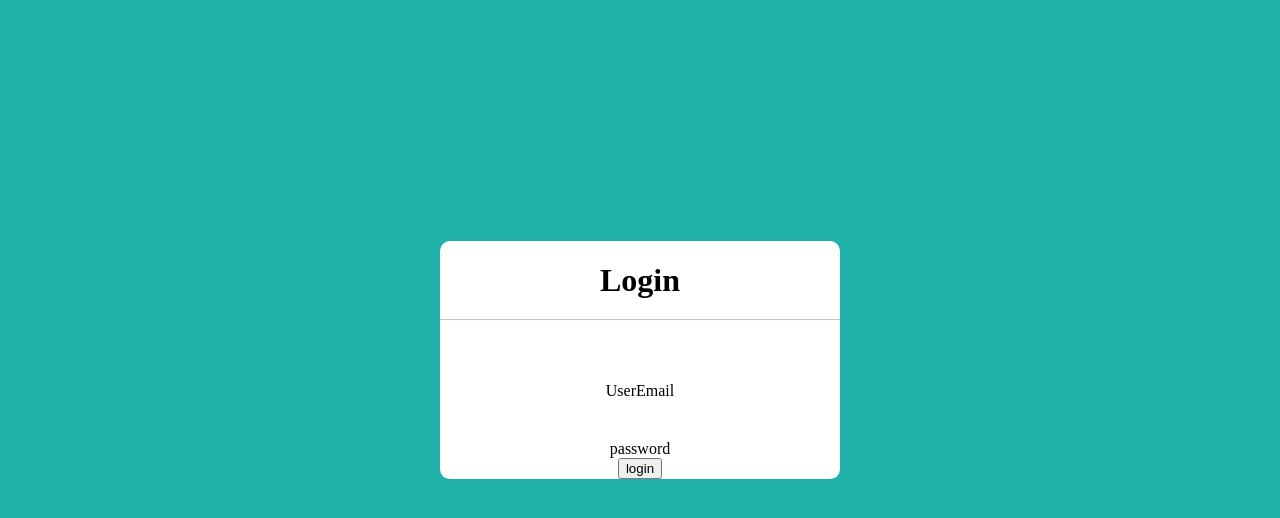
Repository: Aref19/eshop_frontEnd
Page: /
The author's editor kept a copy of each file at every save. The page is drawn from the files as they stood at one save, then again after the next save.
The browser window is 1280 px wide. The pictures show the whole page.
The project was rebuilt for these pictures with package versions that can differ from the ones it lists, and the page was loaded fresh each time.

Above is the page before, as saved 2023-02-24 00:00:21.

After the next save:
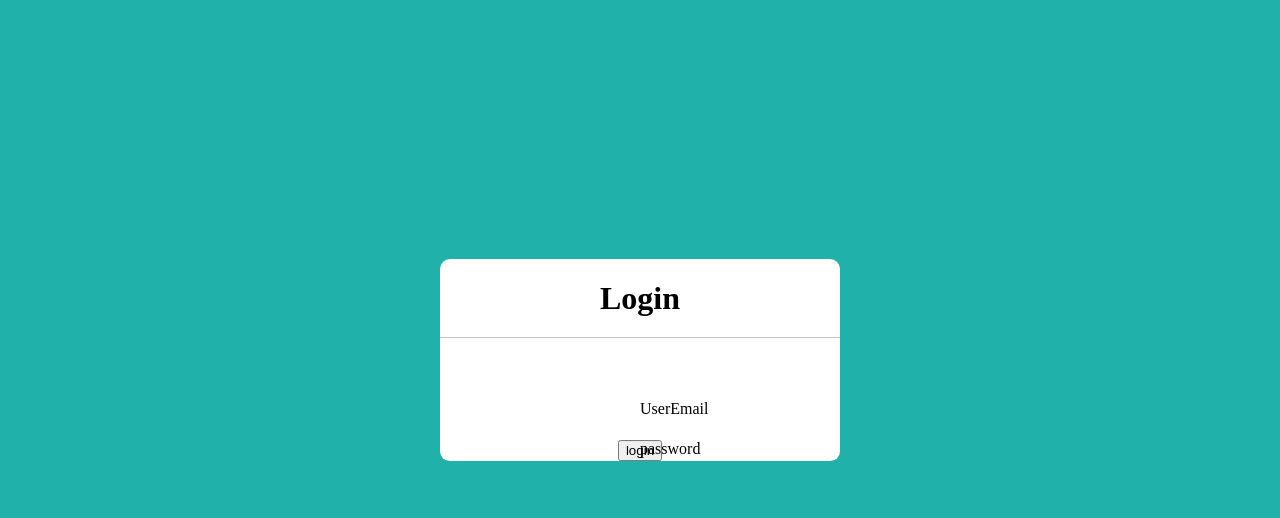
Saved 4 s later.
--- a/src/css/Login.css
+++ b/src/css/Login.css
@@ -49,6 +49,6 @@ form txt_field{
 }
 
 .txt_field label{
-    position: a
-    ;
+    position: absolute;
+
 }
